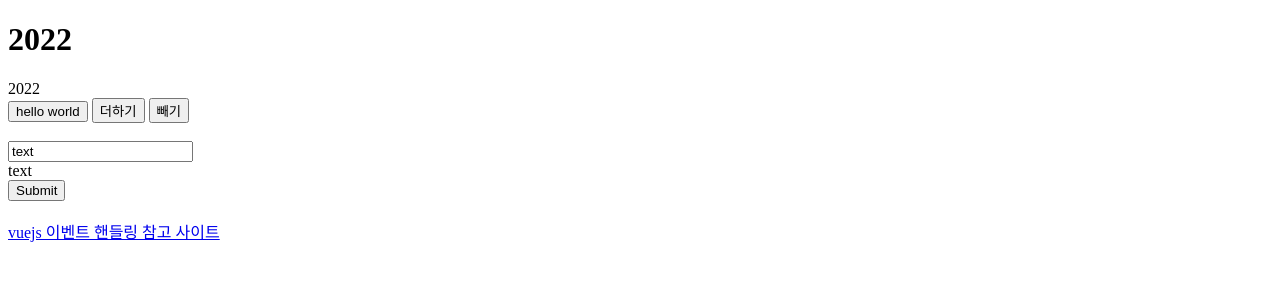
Repository: RyuGeunHwan/code_J
Page: Vuejs/22-08-09 vuejs 양방향 바인딩.html
These files come from the project's save history. The page is drawn as it stood at one moment and after the next save; the edit follows.
The browser window is 1280 px wide. The pictures show the whole page.

Above is the page before, as saved 2022-08-09 15:48:50.

After the next save:
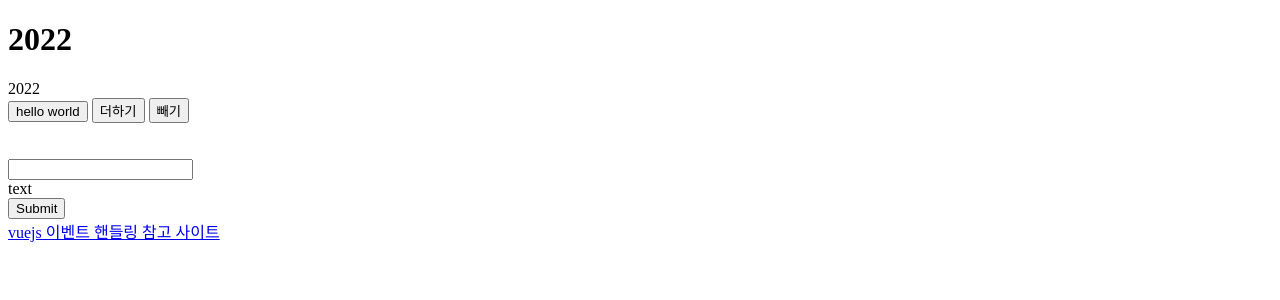
Saved 3 min 10 s later.
--- a/Vuejs/22-08-09 vuejs 양방향 바인딩.html
+++ b/Vuejs/22-08-09 vuejs 양방향 바인딩.html
@@ -29,12 +29,12 @@
         </br>
         <!-- from태그는 default: reload를 한다. -->
         <!-- .prevent  =>  이벤트 수식어로써 제출 이벤트가 페이지를 리로드하지 않습니다. -->
-        <form v-on:submit.prevent="submit">
+        <br v-on:submit.prevent="submit">
 
 
             <!-- <input :type="text" :value="text" @keyup="updateText"><br> -->
             <!-- :value="text" @keyup="updateText"   =====>>>   v-model="text" -->
-            <input :type="text" v-model="text"><br>
+            <input type="text" v-model="ㅎㅇ"> </br>
             <!-- inputbox 미리보기 -->
             {{ text }} <br>
 
